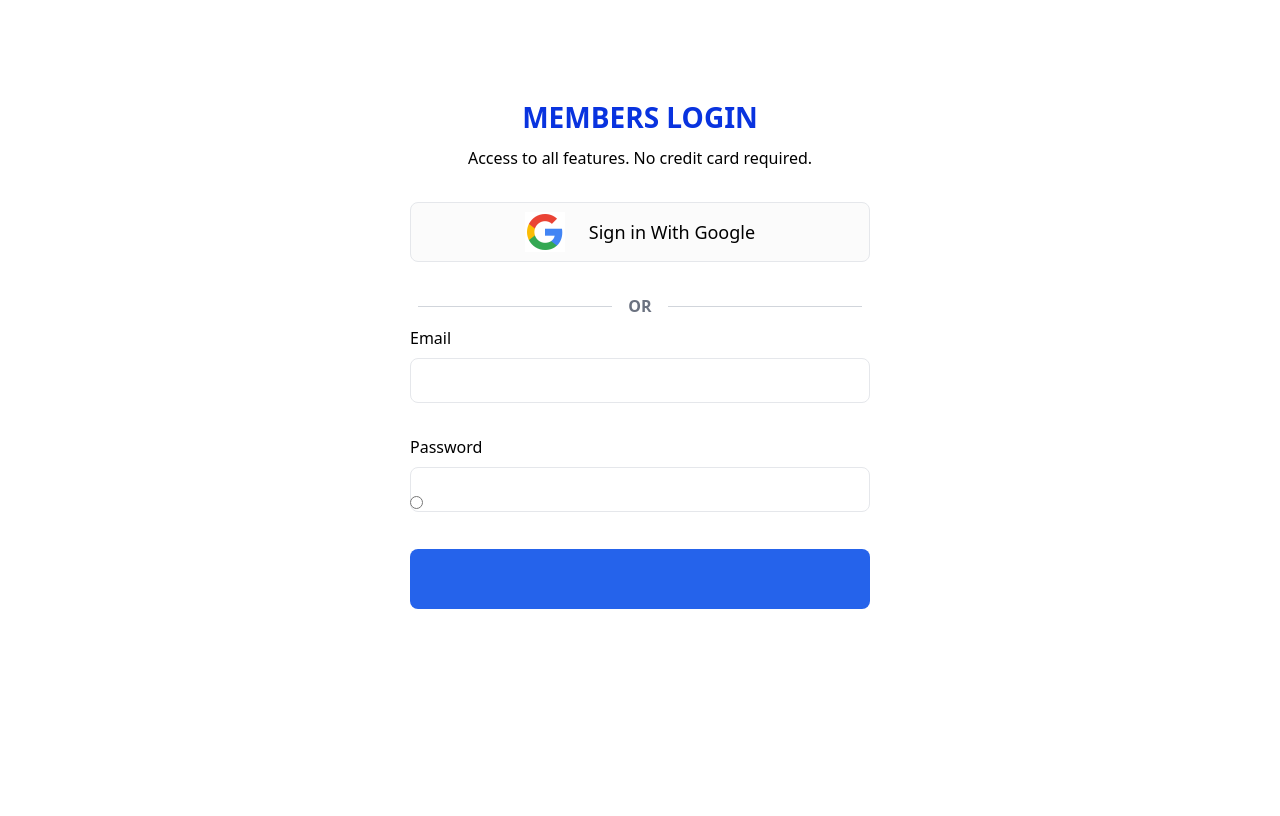
Repository: MaramMaryam/login
Page: login.html
These files come from the project's save history. The page is drawn as it stood at one moment and after the next save; the edit follows.
The browser window is 1280 px wide. The pictures show the whole page.
Some web libraries are served in a nearby version.

Above is the page before, as saved 2023-06-29 11:48:42.

### login.html
<!DOCTYPE html>
<html lang="en">
<head>
    <meta charset="UTF-8">
    <meta http-equiv="X-UA-Compatible" content="IE=edge">
    <meta name="viewport" content="width=device-width, initial-scale=1.0">
    <!-- <link href="https://cdn.jsdelivr.net/npm/tailwindcss@2.2.15/dist/tailwind.min.css" rel="stylesheet"> -->
    <script src="https://cdn.tailwindcss.com"></script>
    <title>Login</title>
</head>
<body>
    <section class="flex items-center flex-col min-h-screen mt-24 w-full max-w-[460px] text-left m-auto">
        <h2 class="text-[#0933DF] uppercase font-bold text-[28px]">
            <!-- Login Title -->
            MEMBERS LOGIN
        </h2>
        <p class="font-light mt-2">
            <!-- Login Description -->
            Access to all features. No credit card required.
        </p>
        <button class="w-full h-[60px] bg-[#FBFBFB] border border[#E3E3E3] rounded-lg flex items-center justify-center my-8">
            <!-- Google Icon (SVG or Image tag) -->
            <svg
                class="google-icon" xmlns="http://www.w3.org/2000/svg" xmlns:xlink="http://www.w3.org/1999/xlink"
                width="40" height="40" viewBox="0 0 40 40">
                <image id="g-logo" width="40" height="40"
                    xlink:href="data:[embedded picture, 2386 characters]">
                </image>
            </svg>
            <span class="text-lg font-light ml-6">
                <!-- Google Register Label -->
                Sign in With Google
            </span>
        </button>
        <div class="flex items-center w-full">
            <div class="flex-grow border-t border-gray-300 mx-2"></div>
            <span class="text-gray-500 mx-2 font-semibold">
                <!-- OR Text -->
                OR
            </span>
            <div class="flex-grow border-t border-gray-300 mx-2"></div>
        </div>
        <form class="w-full">
            <div class=" my-2 mb-8">
                <div class="flex flex-col">
                    <label class="mb-2">Email</label>
                    <div
                        class="flex bg-white items-center border border-alto-main rounded-[8px] h-[45px]"
                    >
                        <input
                            class="bg-transparent border-none w-full h-full p-2 outline-none"
                        />
                    </div>
                </div>
            </div>
            <div class="h-[45px] my-4">
                <div class="flex flex-col">
                    <label class="mb-2">Password</label>
                    <div
                        class="flex bg-white items-center border border-alto-main rounded-[8px] h-[45px]"
                    >
                        <input
                            class="bg-transparent border-none w-full h-full p-2 outline-none"
                        />
                    </div>
                </div>
                <!-- <input type="email" class="w-full" placeholder="Email"> -->
            </div>
            <div class="flex items-center justify-between my-2">
                <label class="flex items-center">
                    <input type="radio" class="mr-2">
                    <!-- Remember Me Label -->
                </label>
                <a href="/" class="text-blue-600">
                    <!-- Forget Password Label -->
                </a>
            </div>
            <button class="h-[60px] w-full bg-blue-600 hover:opacity-80 mt-8 text-white uppercase rounded-lg" disabled>
                <!-- Login Label -->
            </button>
            <p class="my-8 font-light text-center">
                <!-- Have Account Text -->
                <a href="/register/create" class="text-blue-600 font-normal">
                    <!-- Create Account Label -->
                </a>
            </p>
        </form>
    </section>
</body>
</html>

After the next save:
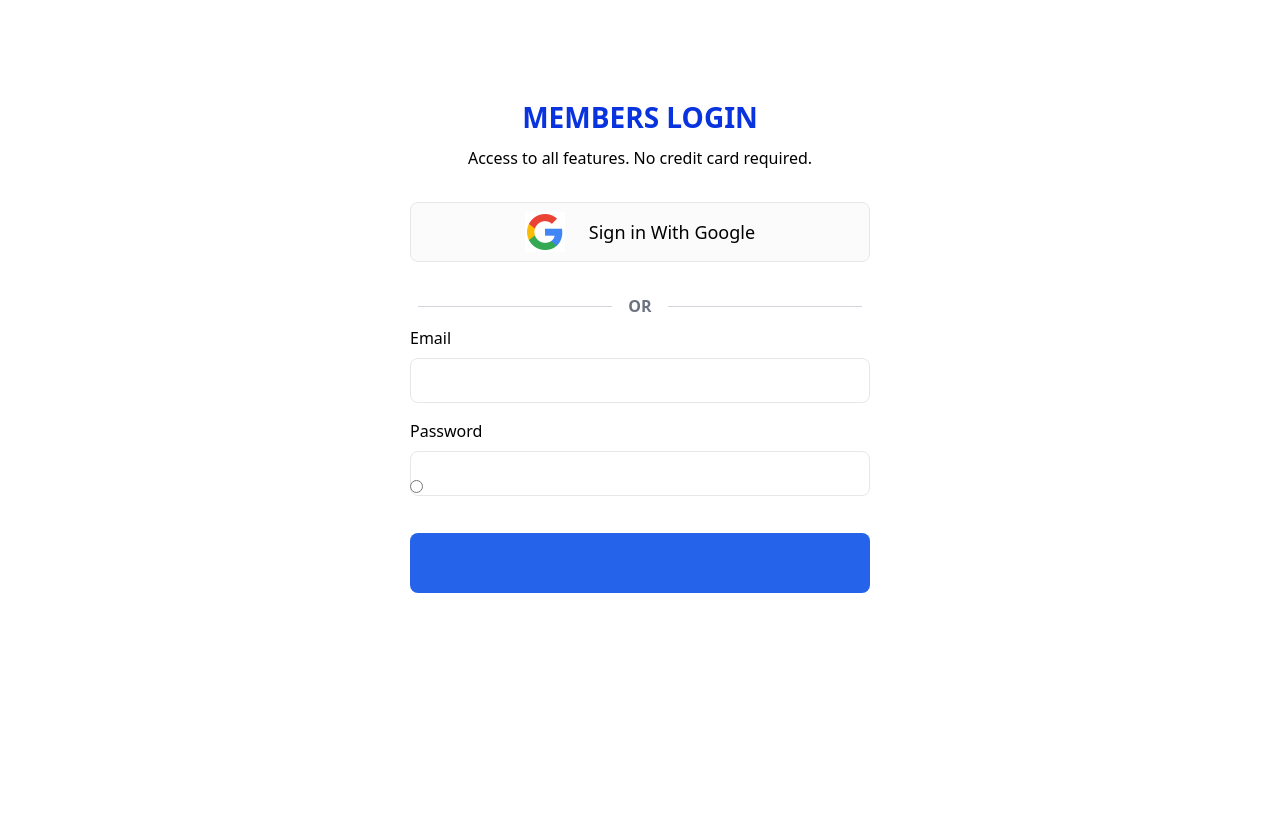
Saved 11 s later.
--- a/login.html
+++ b/login.html
@@ -41,7 +41,7 @@
             <div class="flex-grow border-t border-gray-300 mx-2"></div>
         </div>
         <form class="w-full">
-            <div class=" my-2 mb-8">
+            <div class=" my-2">
                 <div class="flex flex-col">
                     <label class="mb-2">Email</label>
                     <div
